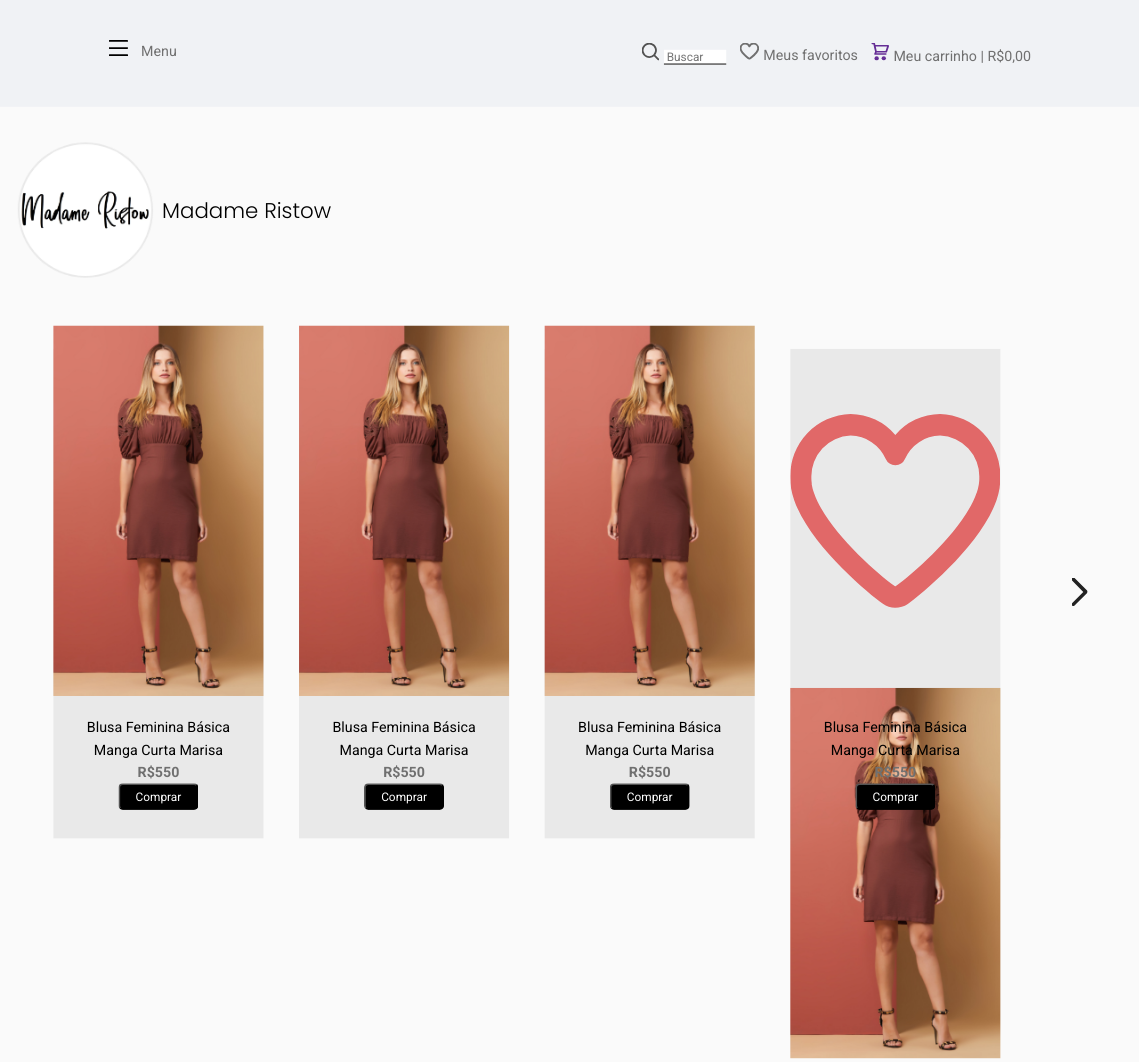
Repository: gutobarbosa/FrontEndLojaVirtual
Page: /
The author's editor kept a copy of each file at every save. The page is drawn from the files as they stood at one save, then again after a run of saves.
The browser window is 1280 px wide. The pictures show the whole page, at 89% of full size.
The project was rebuilt for these pictures with package versions that can differ from the ones it lists, and the page was loaded fresh each time. Also part of the build but not shown: src/pages/Repository/styles.ts, src/services/api.ts, src/pages/Repository/index.tsx.

Above is the page before, as saved 2020-11-20 23:07:03.

After the next 2 saves:
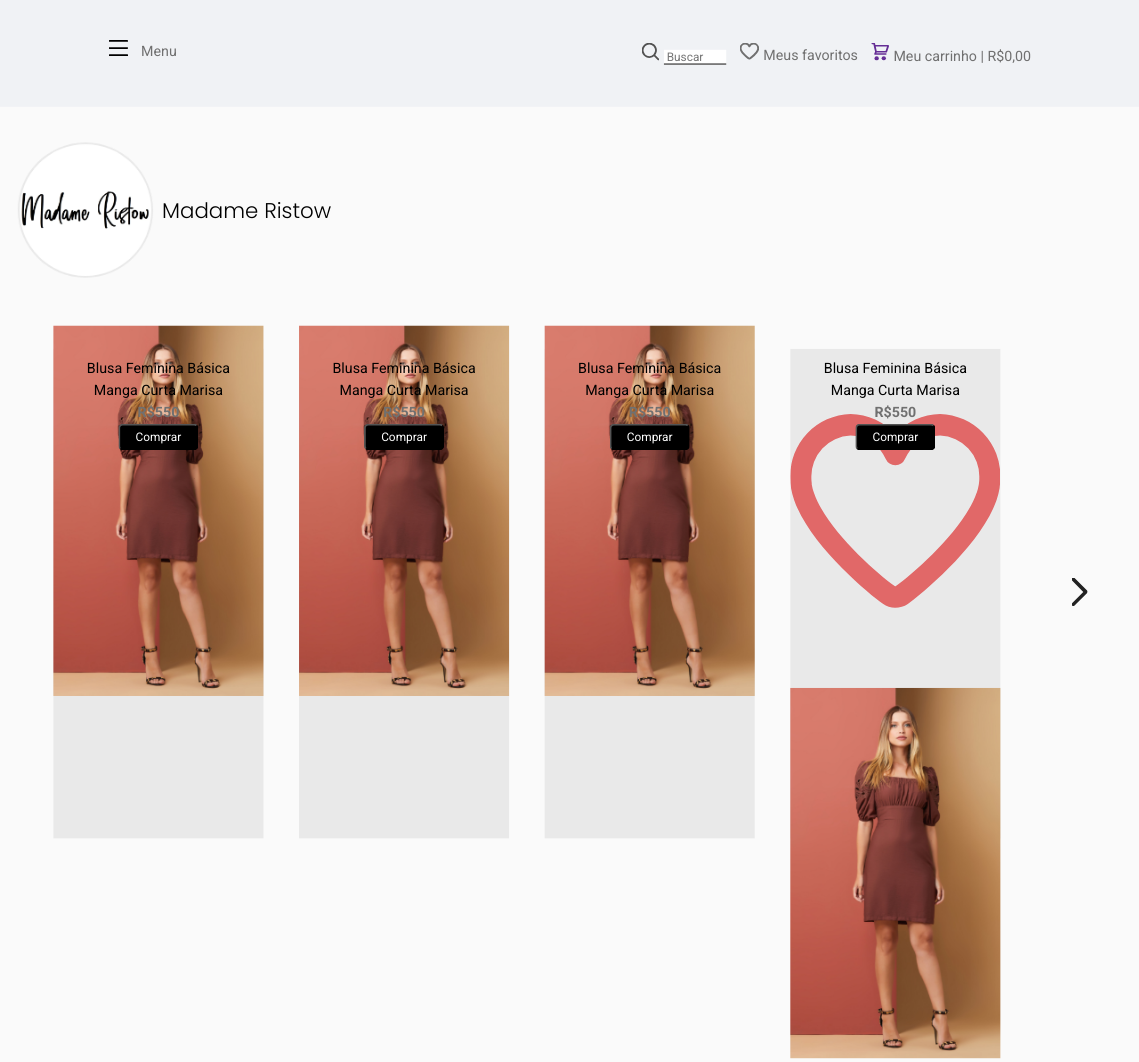
The 2 saves are shown as one change because they came seconds apart.
The last was saved 18 s later.
--- a/src/pages/Dashboard/styles.ts
+++ b/src/pages/Dashboard/styles.ts
@@ -54,7 +54,7 @@ align-items: center;
     }
     .productImage:first-child {
         width: 100%;
-        height: 416px;
+        height: 12px;
         margin-top: -13px;
     }
 
